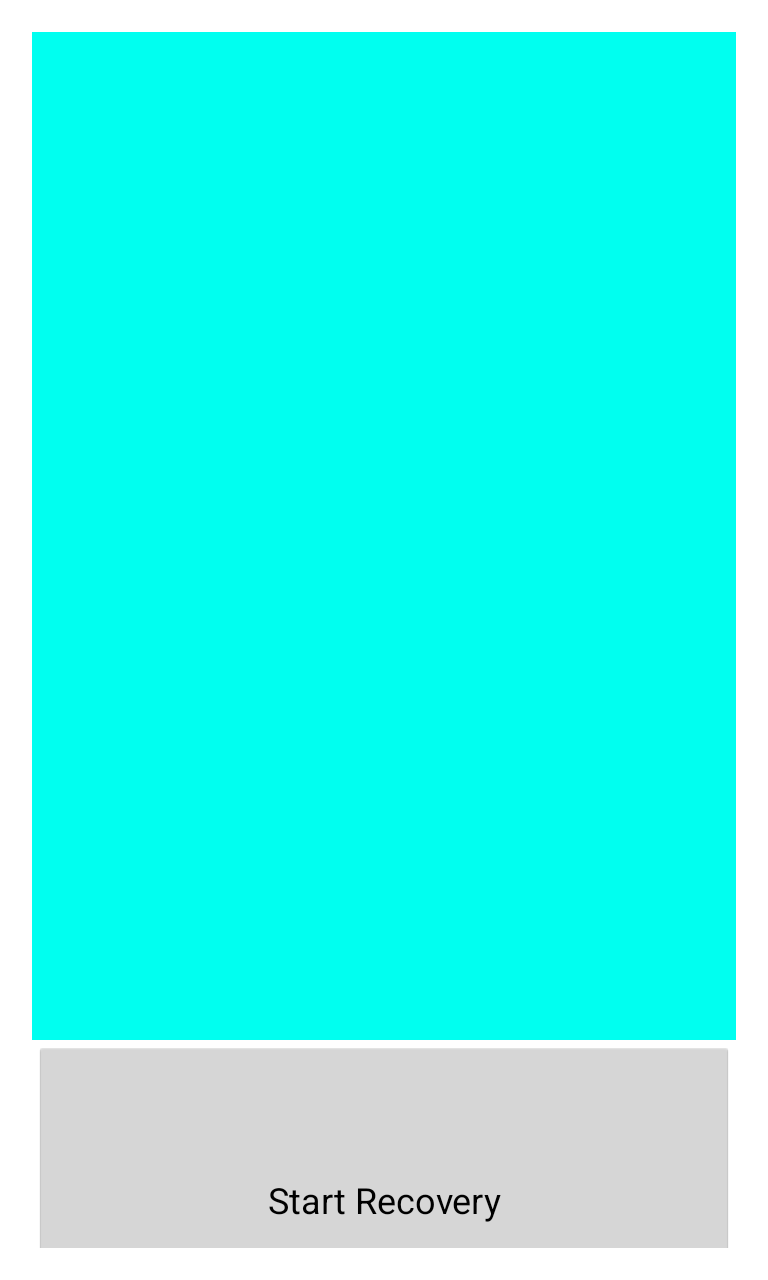
Repository: zzttt/LVM_BackupSol
Layout: TimeTraveler/res/layout/activity_recv.xml
The author's editor kept a copy of each file at every save. The layout is drawn from the files as they stood at one save, then again after the next save.
It is drawn on a 768 x 1280 px phone screen (xhdpi) without system bars, with theme AppTheme; the app's code is not run. Lists and similar views that code fills are empty.

Above is the layout before, as saved 2014-07-20 13:17:42.

### TimeTraveler/res/layout/activity_recv.xml
<RelativeLayout xmlns:android="http://schemas.android.com/apk/res/android"
    xmlns:tools="http://schemas.android.com/tools"
    android:layout_width="match_parent"
    android:layout_height="match_parent"
    android:paddingBottom="@dimen/activity_vertical_margin"
    android:paddingLeft="@dimen/activity_horizontal_margin"
    android:paddingRight="@dimen/activity_horizontal_margin"
    android:paddingTop="@dimen/activity_vertical_margin" >

    <LinearLayout
        android:layout_width="match_parent"
        android:layout_height="match_parent"
        android:weightSum="1"
        android:orientation="vertical"
        >
    <ListView
        android:id="@+id/lv_recvList"
        android:layout_width="match_parent"
        android:layout_height="wrap_content"
        android:smoothScrollbar="true"
        android:background="#00fff0"
        android:layout_weight="0.9"
         >
    </ListView>

    <Button
        android:id="@+id/startRecv"
        android:layout_width="match_parent"
        android:layout_height="wrap_content"
        android:text="Start Recovery"
        android:onClick="mOnClick"
        android:layout_weight="0.2"
        />

    </LinearLayout>
</RelativeLayout>

Loaded but not shown: TimeTraveler/res/values/styles.xml (common file); TimeTraveler/res/values-v11/styles.xml (common file); TimeTraveler/res/values-v14/styles.xml (common file); TimeTraveler/res/values/dimens.xml (common file); TimeTraveler/res/values-w820dp/dimens.xml (common file)

After the next save:
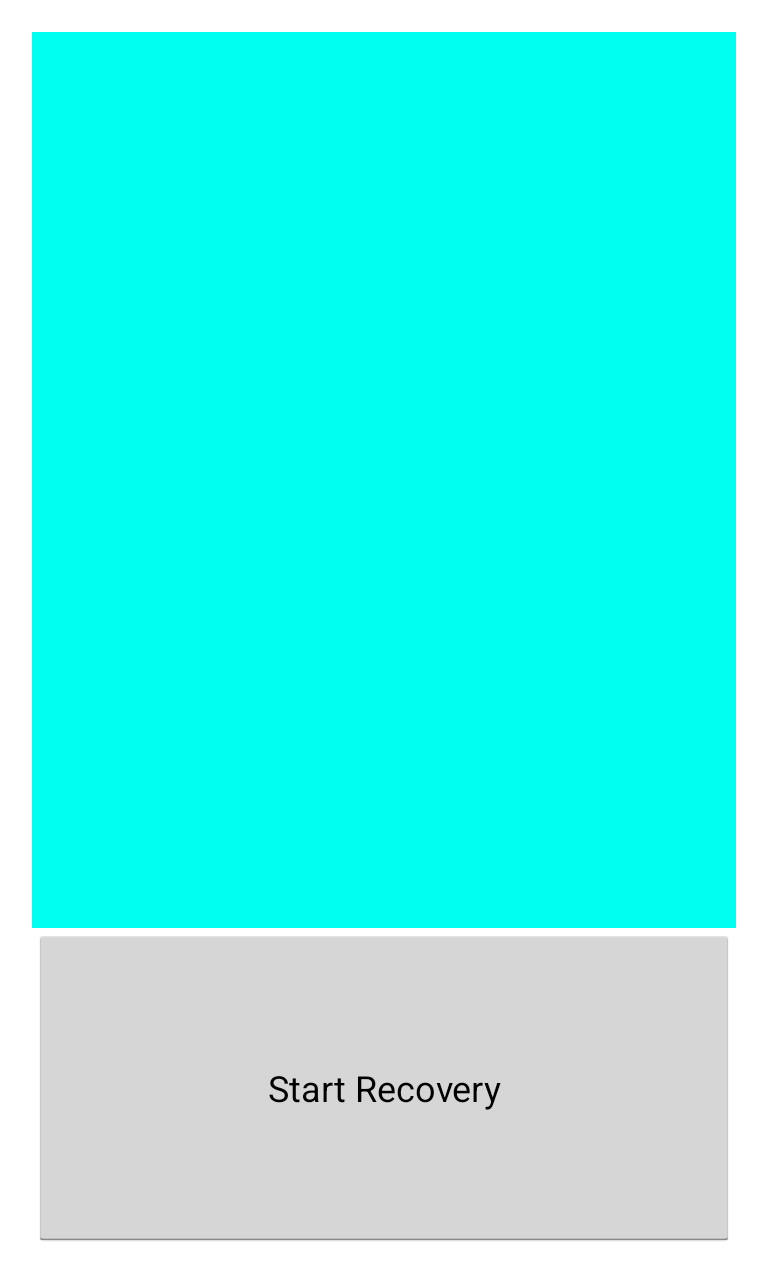
Saved 19 s later.
--- a/TimeTraveler/res/layout/activity_recv.xml
+++ b/TimeTraveler/res/layout/activity_recv.xml
@@ -19,7 +19,7 @@
         android:layout_height="wrap_content"
         android:smoothScrollbar="true"
         android:background="#00fff0"
-        android:layout_weight="0.9"
+        android:layout_weight="0.8"
          >
     </ListView>
 
